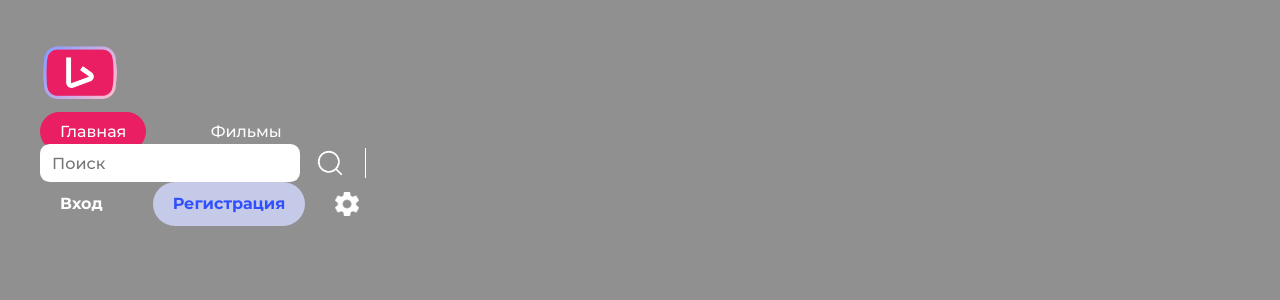
Repository: shilovnikita777/Web1Lab
Page: index.html
These files come from the project's save history. The page is drawn as it stood at one moment and after a run of saves; the edit follows.
The browser window is 1280 px wide. The pictures show the whole page.

Above is the page before, as saved 2022-10-08 11:35:01.

After the next 2 saves:
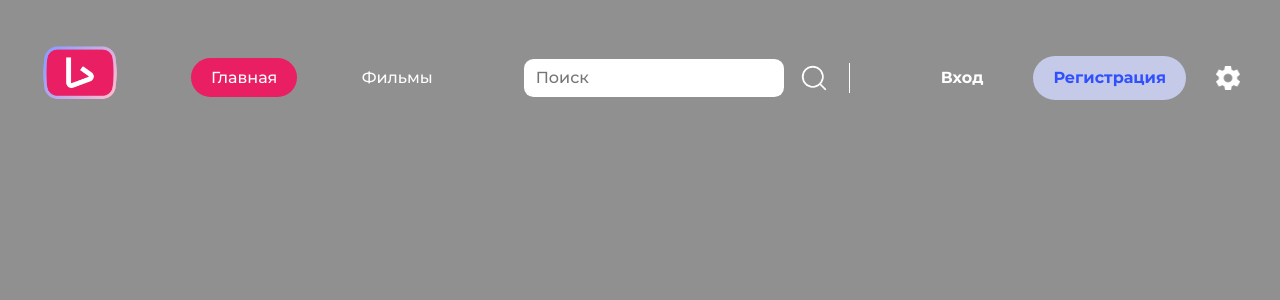
The 2 saves are shown as one change because they came seconds apart.
The last was saved 9 s later.
--- a/index.html
+++ b/index.html
@@ -9,7 +9,6 @@
 </head>
 <body>
     <header>
-        <div class="container">
             <div class="header-logo">
                 <img src="img/logotype.png" alt="TVideo" width="80">
             </div>
@@ -28,7 +27,6 @@
                 <a href="#" class="register-button">Регистрация</a>
                 <img src="img/settings.png" alt="settings" height="24">
             </div>
-        </div>
     </header>
 
 </body>
